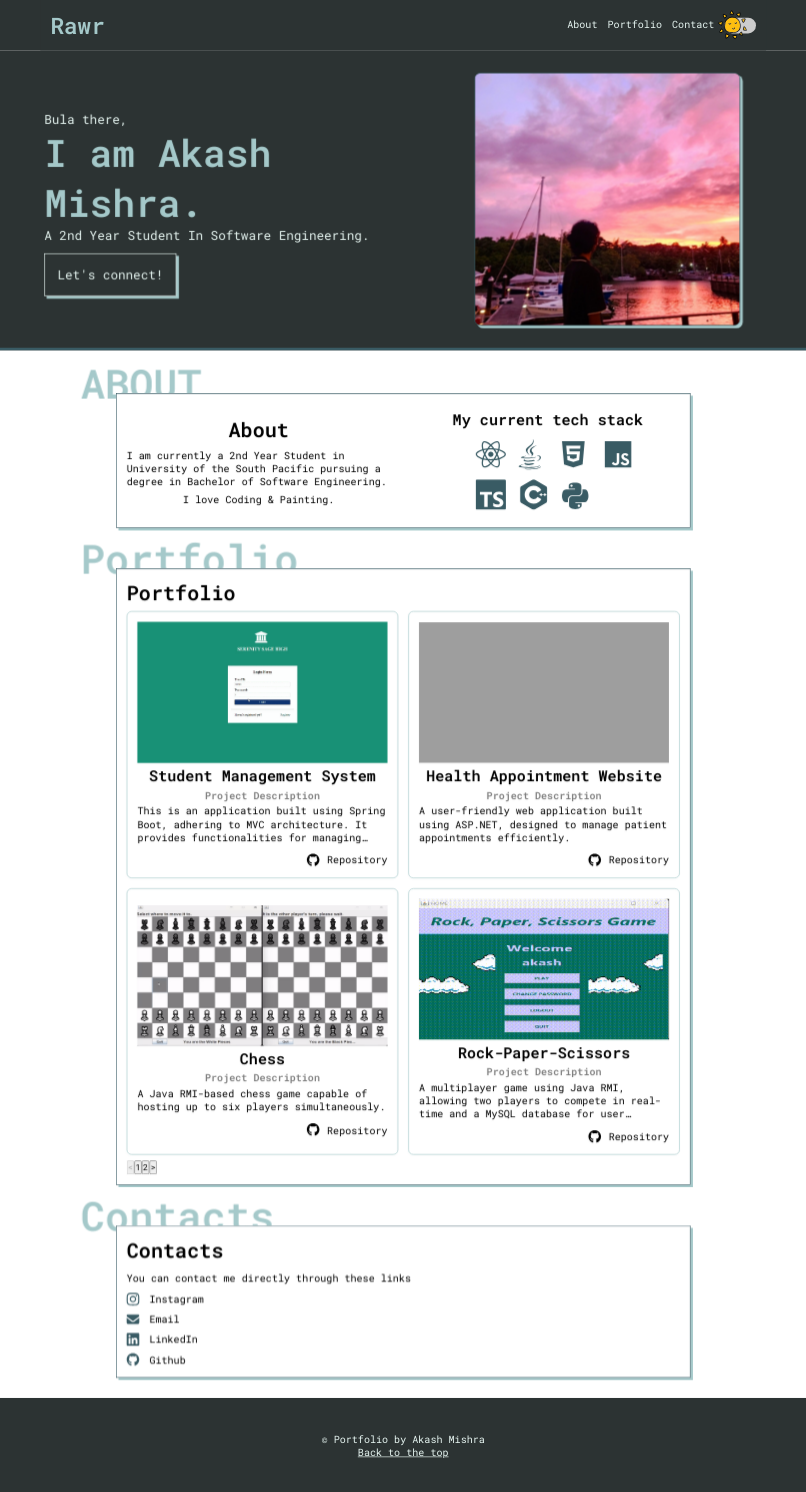
Repository: akashrawr/portfolio
Page: /
An editor plug-in stored every save of this project. The page is shown before and after the next save, followed by the edit.
The browser window is 1280 px wide. The pictures show the whole page, at 63% of full size.
Pictures or frames that could not be fetched are drawn as grey boxes. The project was rebuilt for these pictures with package versions that can differ from the ones it lists, and the page was loaded fresh each time.

Above is the page before, as saved 2024-12-12 12:37:42.

### public/index.html
<!DOCTYPE html>
<html lang="en">
  <head>
    <meta charset="utf-8" />
    <link rel="icon" href="%PUBLIC_URL%/favicon.ico" />
    <meta name="viewport" content="width=device-width, initial-scale=1" />
    <meta name="theme-color" content="#000000" />
    <meta
      name="description"
      content="Personal web Portfolio"
    />
    <link rel="apple-touch-icon" href="%PUBLIC_URL%/logo192.png" />
    <!--
      manifest.json provides metadata used when your web app is installed on a
      user's mobile device or desktop. See https://developers.google.com/web/fundamentals/web-app-manifest/
    -->
    <link rel="manifest" href="%PUBLIC_URL%/manifest.json" />
    <!--
      Notice the use of %PUBLIC_URL% in the tags above.
      It will be replaced with the URL of the `public` folder during the build.
      Only files inside the `public` folder can be referenced from the HTML.

      Unlike "/favicon.ico" or "favicon.ico", "%PUBLIC_URL%/favicon.ico" will
      work correctly both with client-side routing and a non-root public URL.
      Learn how to configure a non-root public URL by running `npm run build`.
    -->
    <title>akashrawr</title>
  </head>
  <body>
    <noscript>You need to enable JavaScript to run this app.</noscript>
    <div id="root"></div>
    <!--
      This HTML file is a template.
      If you open it directly in the browser, you will see an empty page.

      You can add webfonts, meta tags, or analytics to this file.
      The build step will place the bundled scripts into the <body> tag.

      To begin the development, run `npm start` or `yarn start`.
      To create a production bundle, use `npm run build` or `yarn build`.
    -->
  </body>
</html>

### src/App.css
@import url("https://fonts.googleapis.com/css2?family=Roboto+Mono:wght@300;400;600&display=swap");

:root {
  --primary-color: #2c3333;
  --secondary-color: #395b64;
  --accent-1: #a5c9ca;
  --accent-2: #e7f6f2;
  --neutral-1: black;
  --neutral-2: white;
  --neutral-3: white;
  --neutral-4: black;
  --icon-1: #395b64;

  --dark-primary-color: #121212;
  --dark-secondary-color: #1f1f1f;
  --dark-accent-1: #6c757d;
  --dark-accent-2: #adb5bd;
  --dark-neutral-1: #ffffff;
  --dark-neutral-2: #121212;
  --dark-neutral-3:#1f1f1f;
  --dark-neutral-4: #938f8f;
  --dark-icon-1: #938f8f;

}

*,
*::after,
*::before {
  margin: 0;
  padding: 0;
  font-family: "Roboto Mono", monospace;
  box-sizing: border-box;


}

html {
  scroll-behavior: smooth;
}

body {
  overflow-x: hidden;
  background-color: var(--neutral-3);
  color: var(--neutral-1);
  font-family: "Roboto Mono", monospace;
}

body.dark-mode {
  --primary-color: var(--dark-primary-color);
  --secondary-color: var(--dark-secondary-color);
  --accent-1: var(--dark-accent-1);
  --accent-2: var(--dark-accent-2);
  --neutral-1: var(--dark-neutral-1);
  --neutral-2: var(--dark-neutral-2);
  --neutral-3: var(--dark-neutral-3);
  --neutral-4: var(--dark-neutral-4);
  --icon-1:var(--dark-icon-1);
}


/* Navbar styles */

header {
  display: flex;
  align-items: center;
  justify-content: center;

  max-width: 100vw;
  background-color: var(--primary-color);
}

a {
  font-size: 14px;
  text-decoration: none;
}

h1 {
  font-family: "Roboto Mono", monospace;
}

.navbar-nav {
  display: flex;
  align-items: center;
  justify-content: space-between;
  background-color: var(--primary-color);
  padding: 1rem;
  width: 90%;
}

.nav-logo {
  grid-column: 1;
}

.nav-logo > h1 {
  font-size: 30px;
  color: var(--accent-1);
}

.primary-nav {
  display: flex;
  list-style: none;
  gap: 16px;

  grid-column: 2;
  justify-self: end;
}

.mobile-nav-toggle {
  display: none;
  cursor: pointer;
}

.nav-link:link,
.nav-link:visited {
  font-size: 16px;
  color: var(--accent-2);

  transition: 300ms ease-in-out;
}

.nav-link:hover {
  font-weight: 600;
  color: var(--accent-1);
}


/* Dark mode toggle button */
.theme-toggle {
  background: none;
  border: none;
  cursor: pointer;
  padding: 8px;
  display: flex;
  align-items: center;
}

.nav-icons {
  --size: 30px;
  width: var(--size);
  aspect-ratio: 1;
  cursor: pointer;
}



@media only screen and (max-width: 35em) {
  .primary-nav {
    position: fixed;
    inset: 0 0 0 0;
    flex-direction: column;

    padding: min(30vh, 6rem) 2rem;
    background-color: var(--primary-color);

    z-index: 9999;

    transform: translateX(100%);
    transition: transform 350ms ease-out;
  }

  .nav-link:link,
  .nav-link:visited {
    font-size: 20px;
    color: var(--accent-1);
  }

  .primary-nav[data-visible="true"] {
    transform: translateX(0%);
  }

  .mobile-nav-toggle[aria-expanded="true"] {
    background: url('data:[embedded picture, 416 characters]') center center no-repeat;
  }

  .mobile-nav-toggle {
    display: block;
    position: absolute;
    background: url('data:[embedded picture, 417 characters]') center center no-repeat;

    width: 1.25rem;
    aspect-ratio: 1;

    border: none;

    top: 1.4rem;
    right: 2.5rem;
    z-index: 10000;

    transition: 250ms ease-in-out;
  }
}

/* Section styles */

section {
  display: flex;
  align-items: center;
  justify-content: center;

  max-width: 100vw;
  position: relative;
}

/* HERO */
/* HERO SECTION */
#hero {
  background-color: var(--primary-color);
  border-bottom: 4px solid var(--secondary-color);
  padding: 2.2rem;
}

/* Main container for text and image */
.hero-main-container {
  display: flex;
  flex-wrap: wrap;
  align-items: center;
  justify-content: space-between;
  gap: 16px;
}

/* Text Container */
.hero-container {
  flex: 1;
  display: flex;
  flex-direction: column;
  gap: 16px;
  padding: 2.2rem;
  width: 90%;
  height: 350px;
  animation: fade-in 500ms linear forwards;
}

.hero-text-container > h2 {
  font-size: 28px;
  color: var(--accent-1);
}

.hero-text-container > p {
  font-size: 12px;
  color: var(--accent-2);
}

.hero-button {
  align-self: flex-start;

  font-size: 14px;
  padding: 1em;

  color: var(--accent-2);
  background-color: transparent;

  border: 1px solid var(--accent-2);
  box-shadow: 4px 4px 0px var(--accent-1);

  transition: 300ms ease-in-out;
}

.hero-button:hover {
  background-color: var(--accent-2);
  color: var(--primary-color);
  box-shadow: 6px 6px 0px var(--secondary-color);
}

/* Image Container */
.hero-img {
  flex: 1;
  display: flex;
  justify-content: center;
  align-items: center;
}

.hero-image {
  max-width: 75%;
  height: auto;
  border-radius: 10px;
  box-shadow: 0 4px 8px rgba(0, 0, 0, 0.1);
  border: 1px solid var(--secondary-color);
  background-color: var(--neutral-2);

  width: 100%;


  box-shadow: 4px 4px 0px var(--accent-1);
}


/* Responsive Styles */
@media screen and (max-width: 768px) {
  .hero-main-container {
    flex-direction: column;
  }

  .hero-img {
    margin-top: 20px;
  }

  .hero-text-container {
    text-align: left;
  }
}
.hero-text-container > h2 {
  font-size: 20px;
  color: var(--accent-1);
}
.project-card > h3 {
  font-size: 12px;
  color: var(--secondary-color);
}

/* ABOUT */

#about {
  padding: 2rem;
  margin-top: 36px;
  animation: fade-in 500ms linear forwards;

}

.wave-asset {
  width: 100%;
  position: absolute;

  top: 0;
  left: 0;
}

.about-container {
  display: flex;
  align-items: center;
  justify-content: center;
  background-color: var(--neutral-2);
  width: 90%;
  z-index: 999;
}

.about-card,
.portfolio-card,
.contact-card {
  display: flex;
  flex-direction: column;
  gap: 16px;
  border: 1px solid var(--secondary-color);
  background-color: var(--neutral-2);

  width: 100%;
  padding: 1rem;

  box-shadow: 4px 4px 0px var(--accent-1);
}

.about-content,
.portfolio-content {
  width: 100%;
  display: flex;
  flex-direction: column;
  gap: 8px;
}

.about-content > h2,
.about-content > h3 {
  color: var(--neutral-4);
}

.about-content > p {
  font-size: 12px;
  color: var(--neutral-4);
}

.tech-stack-grid {
  width: 65%;
  display: grid;
  grid-template-columns: repeat(4, 1fr);
  place-items: center;
}

.tech-stack {
  --size: 30px;
  width: var(--size);
  aspect-ratio: 1;
}

/* Portfolio container */

#portfolio {
  padding: 2rem;
  animation: fade-in 500ms linear forwards;
}

.portfolio-container {
  width: 90%;
  z-index: 999;
}

.project-container {
  display: grid;
  grid-template-columns: repeat(2, 1fr);
  gap: 16px;
}

.portfolio-content > h2 {
  color: var(--neutral-4);
}

.project-card {
  display: flex;
  flex-direction: column;
  gap: 4px;

  padding: 1rem;
  border-radius: 8px;
  border: 1px solid var(--accent-1);
}

.project-card > h3 {
  color: var(--neutral-4);
}

.project-card > h5 {
  color: var(--neutral-4);
  opacity: 0.5;
}

.project-card > p {
  font-size: 12px;
  width: 100%;
  display: -webkit-box;
  -webkit-box-orient: vertical;
  -webkit-line-clamp: 3;
  overflow: hidden;
  color: var(--neutral-4);
}

.project-img {
  width: 100%;
  aspect-ratio: 16/9;
}

.project-card-links {
  align-self: flex-end;

  margin-top: 10px;
  display: flex;
  align-items: center;
  gap: 12px;
}

.project-icons {
  --size: 20px;
  width: var(--size);
  aspect-ratio: 1;
}

.project-card-links > a {
  display: flex;
  align-items: center;
  color: var(--neutral-4);
  font-size: 10px;
  gap: 4px;
}

.project-card-links > a:link,
.project-card-links > a:visited {

  color: var(--neutral-4);
}

.project-card-links > a:hover {
  font-weight: 600;
  color: var(--accent-1);
}

/* CONTACT */
#contact {
  padding: 2rem;
  animation: fade-in 500ms linear forwards;
}

.contact-container {
  width: 90%;
  z-index: 999;
}

.contact-card {
  width: 100%;
  gap: 12px;
}
.contact-card > h2 {
    color: var(--neutral-4);
}

.contact-card > p {
  font-size: 12px;
  color: var(--neutral-4);
}

.contact-links {
  display: flex;
  flex-direction: column;
  gap: 8px;
}

.contact-links > a {
  display: flex;
  align-items: center;
  gap: 8px;
}

.contact-links > a:link,
.contact-links > a:visited {
  color: var(--neutral-4);
}

.contact-links > a:hover {
  font-weight: 600;
  color: var(--accent-1);
}
.contact-icons {
  --size: 20px;
  width: var(--size);
  aspect-ratio: 1;
}

/* extras */
.section-highlight {
  font-size: 4rem;
  font-weight: 600;
  opacity: 0.5;
  color: var(--accent-1);

  position: absolute;
  top: 0;
  left: 100px;
}

/* footer */
footer {
  display: flex;
  align-items: center;
  justify-content: center;
  color: var(--accent-2);
  max-width: 100vw;
  background-color: var(--primary-color);
  min-height: 150px;
}

.footer-content {
  text-align: center;
  font-size: 12px;
  width: 90%;

  color: var(--accent-2);
}

.footer-content > a {
  text-decoration: underline;
}

.footer-content > a:link,
.footer-content > a:visited {
  color: var(--accent-2);
}

.footer-content > a:hover {
  color: var(--accent-1);
}
/* media queries */

@media only screen and (max-width: 35em) {
  .hero-container {
    padding: 1rem;
    height: 200px;
  }
  .project-container {
    grid-template-columns: 1fr;
  }
  .tech-stack-grid {
    width: 100%;
  }
  .section-highlight {
    font-size: 3.5rem;
    top: -16px;
    left: 6vw;
  }
}

@media only screen and (min-width: 35em) {
  .hero-container {
    height: 250px;
  }
  .about-container,
  .portfolio-container,
  .contact-container {
    width: 75%;
  }

  .about-card,
  .portfolio-card {
    align-items: center;
    justify-content: center;
    flex-direction: row;
    gap: 20px;
  }

  .section-highlight {
    top: -26px;
    left: 10vw;
  }
}

@media only screen and (min-width: 768px) {
  .nav-logo > h1 {
    font-size: 36px;
  }

  /* hero */
  .hero-container {
    height: 350px;
  }

  .hero-text-container > p {
    font-size: 20px;
  }

  .hero-text-container > h2 {
    font-size: 60px;
  }

  .hero-button {
    font-size: 20px;
  }

  /* about */
  .about-card {
    gap: 40px;
  }

  .about-content > h2 {
    font-size: 32px;
  }

  .about-content > h3 {
    font-size: 24px;
  }

  .about-content > p {
    font-size: 16px;
  }

  .tech-stack-section {
    align-self: flex-start;
    margin-top: 8px;
  }

  .tech-stack {
    --size: 40px;
    width: var(--size);
    aspect-ratio: 1;
  }

  /* portfolio */
  .portfolio-content > h2 {
    font-size: 32px;
  }

  .project-card > h3 {
    font-size: 24px;
  }

  .project-card > h5,
  .project-card > p {
    font-size: 16px;
  }

  .project-card-links > a {
    font-size: 16px;
  }

  /* contacts */
  .contact-card > h2 {
    font-size: 32px;
  }

  .contact-card > p {
    font-size: 16px;
  }

  .contact-links > a {
    font-size: 16px;
  }
  .footer-content,
  .footer-content > a {
    font-size: 16px;
  }
}

@media only screen and (min-width: 1024px) {
  .section-highlight {
    top: -26px;
    left: 10vw;
  }
}

@keyframes fade-in {
  0% {
    opacity: 0;
  }
  100% {
    opacity: 1;
  }
}

/* Adjust specific sections as needed for React-specific behaviors */
.primary-nav.visible {
  transform: translateX(0%);
}

/* The switch - the box around the slider */
.switch {
  position: relative;
  display: inline-block;
  width: 50px;
  height: 25px;
}

/* Hide default HTML checkbox */
.switch input {
  opacity: 0;
  width: 0;
  height: 0;
}

/* The slider */
.slider {
  position: absolute;
  cursor: pointer;
  top: 0;
  left: 0;
  right: 0;
  bottom: 0;
  background-color: #ccc;
  -webkit-transition: .4s;
  transition: .4s;
  border-radius: 25px; /* Rounded edges for the slider */
  display: flex;

  align-items: center;
}

/* Adjust the icon size to 48x48 pixels */
.slider .icon {
  position: absolute;
  width: 48px;
  height: 48px;
  transition: .4s;
}

/* When the input is checked (dark mode is on) */
input:checked + .slider {
  background-color: #3e4346; /* Change background color on check */
}

input:focus + .slider {
  box-shadow: 0 0 1px #2196F3;
}

/* Move the icons when the input is checked (dark mode) */
input:checked + .slider .icon {
  transform: translateX(20px); /* Move the icon to the right */
}

/* Default state (light mode) */
input:not(:checked) + .slider .icon {
  transform: translateX(-15px) translateY(-2px); /* Icon remains in the default position */
  width: 52px; /* Further reduced icon size for very small screens */
  height: 52px; /* Further reduced icon size for very small screens */
}

.about-icon {
  color: var(--icon-1); /* Change to any shade of blue you prefer */
  font-size: 3rem; /* Adjust size as needed */
  margin: 0.5rem;
}

.project-icons {
  margin-right: 0.5rem; /* Space between icon and text */
  font-size: 1.5rem; /* Adjust icon size */
  color: inherit; /* Match the color of the link */
}

.contact-icons {
  margin-right: 0.5rem; /* Space between icon and text */
  font-size: 1.5rem; /* Adjust icon size */
  color: var(--icon-1);
}

Loaded but not shown: src/index.js (common file); src/index.css (common file); src/reportWebVitals.js (common file); src/App.js (377 lines, source omitted)

After the next save:
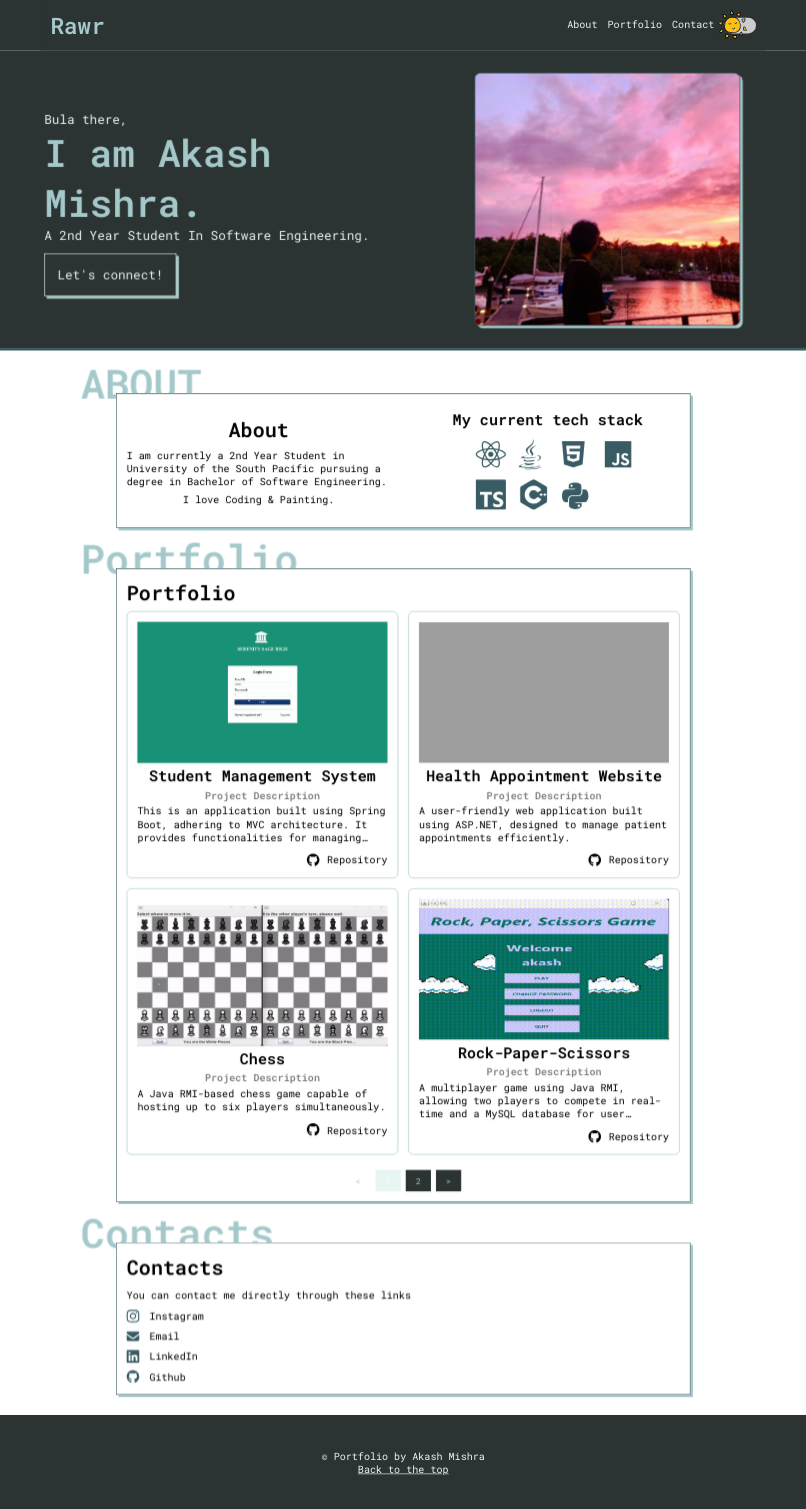
Saved 57 s later.
--- a/src/App.css
+++ b/src/App.css
@@ -792,3 +792,28 @@ input:not(:checked) + .slider .icon {
   font-size: 1.5rem; /* Adjust icon size */
   color: var(--icon-1);
 }
+
+.pagination-controls {
+  display: flex;
+  justify-content: center;
+  margin-top: 1rem;
+}
+
+.pagination-controls button {
+  background-color: var(--primary-color);
+  color: var(--accent-1);
+  border: none;
+  padding: 0.5rem 1rem;
+  margin: 0 0.25rem;
+  cursor: pointer;
+}
+
+.pagination-controls button.active {
+  background-color: var(--accent-2);
+  color: white;
+}
+
+.pagination-controls button:disabled {
+  background-color: var(--disabled-color);
+  cursor: not-allowed;
+}
